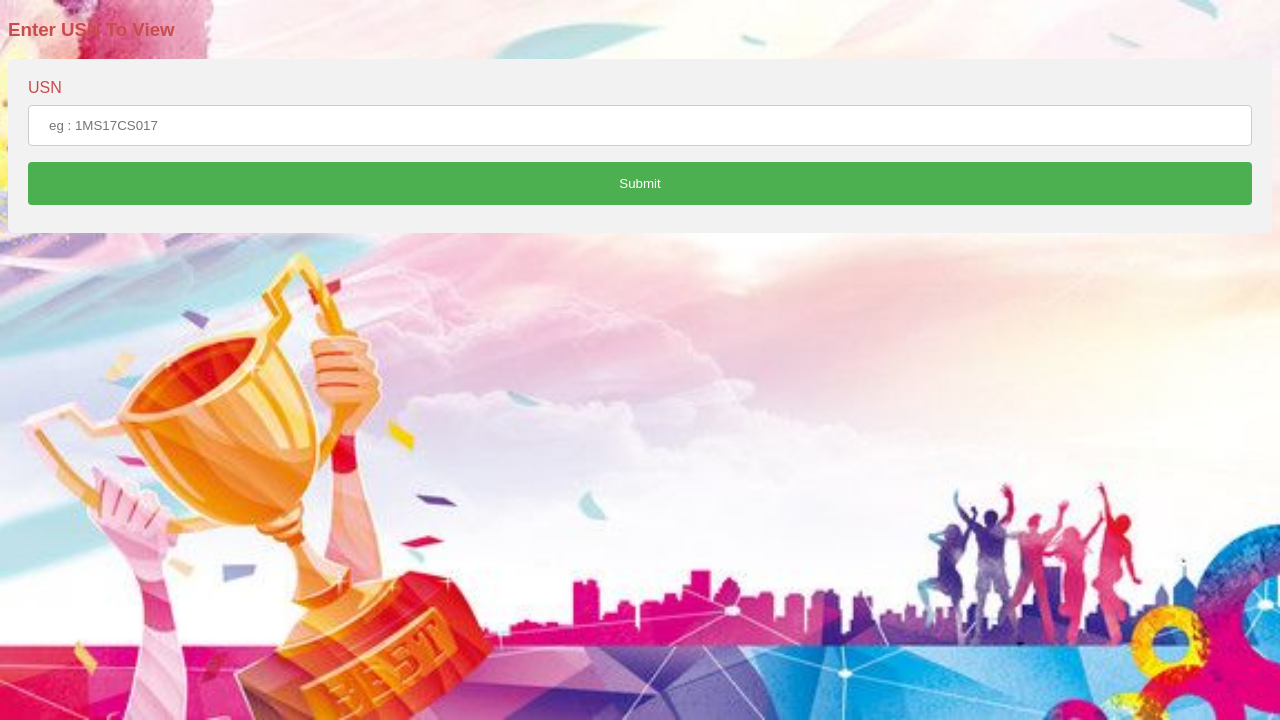
Repository: Malz6/DBMS-ActivityTracking
Page: dbs/WebContent/view.html
The author's editor kept a copy of each file at every save. The page is drawn from the files as they stood at one save, then again after the next save.
The browser window is 1280 px wide. The pictures show the whole page.

Above is the page before, as saved 2019-12-12 14:10:44.

After the next save:
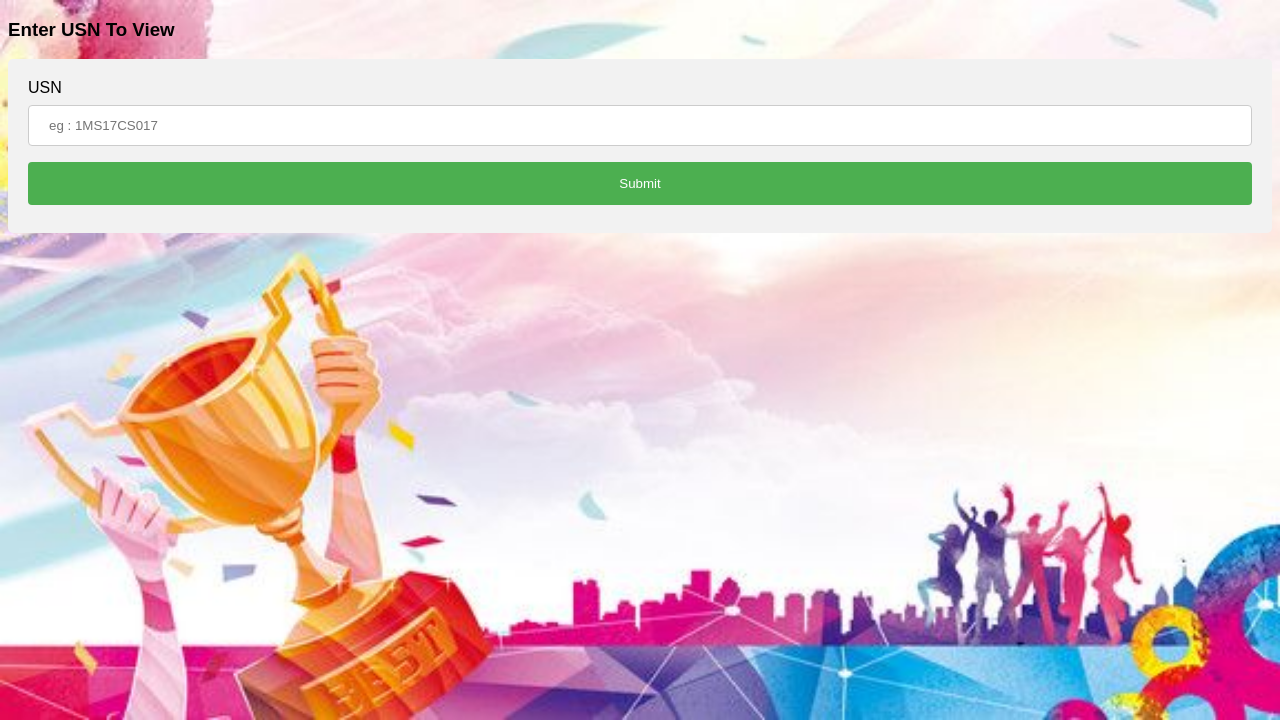
Saved 34 s later.
--- a/dbs/WebContent/view.html
+++ b/dbs/WebContent/view.html
@@ -8,7 +8,7 @@ body
 		  	background-repeat: no-repeat;
 		 	background-attachment: fixed;
 		 	background-size: cover;
-		 	color: rgb(201, 76, 76);
+		 	color: black;
 		}
 input[type=text], select {
   width: 100%;
